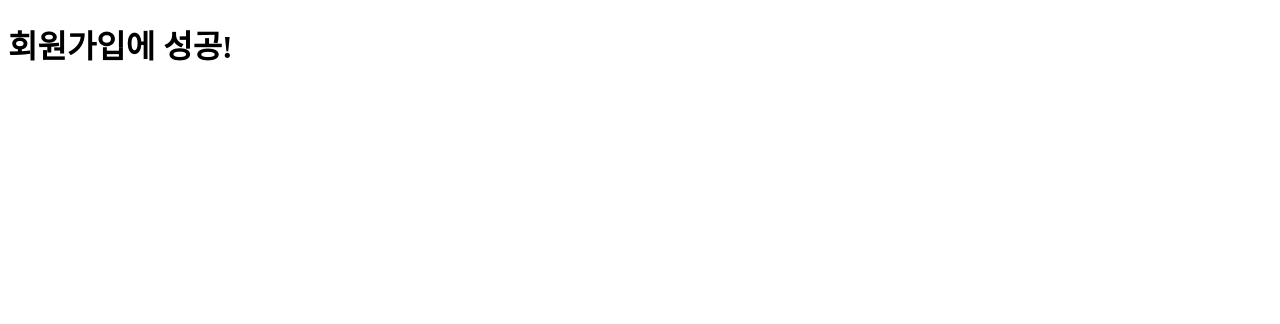
Repository: chanakoh/servlet
Page: http://localhost/Join/register_sucess.jsp
These files come from the project's save history. The page is drawn as it stood at one moment and after the next save; the edit follows.
The browser window is 1280 px wide. The pictures show the whole page.
The page is served by Tomcat 9.

Above is the page before, as saved 2023-11-07 02:04:21.

After the next save:
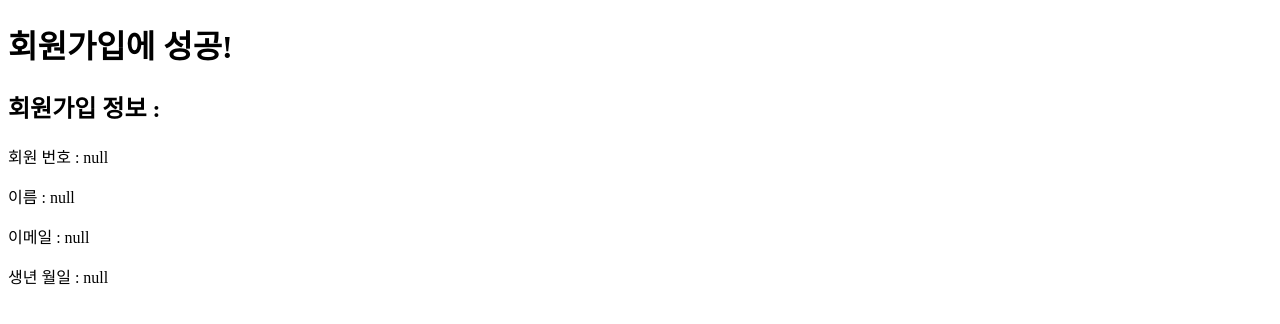
Saved 17 min 17 s later.
--- a/Join/src/main/webapp/register_sucess.jsp
+++ b/Join/src/main/webapp/register_sucess.jsp
@@ -4,9 +4,14 @@
 <html>
 <head>
 <meta charset="EUC-KR">
-<title>Insert title here</title>
+<title>회원가입 성공하셨습니다!</title>
 </head>
 <body>
 <h1>회원가입에 성공!</h1>
+<h2>회원가입 정보 : </h2>
+ <p>회원 번호 : <%= session.getAttribute("mno")%></p>
+ <p>이름 : <%= session.getAttribute("mname")%> </p>
+ <p>이메일 : <%= session.getAttribute("memail")%> </p>
+ <p>생년 월일 : <%= session.getAttribute("mbirth")%> </p>
 </body>
 </html>
